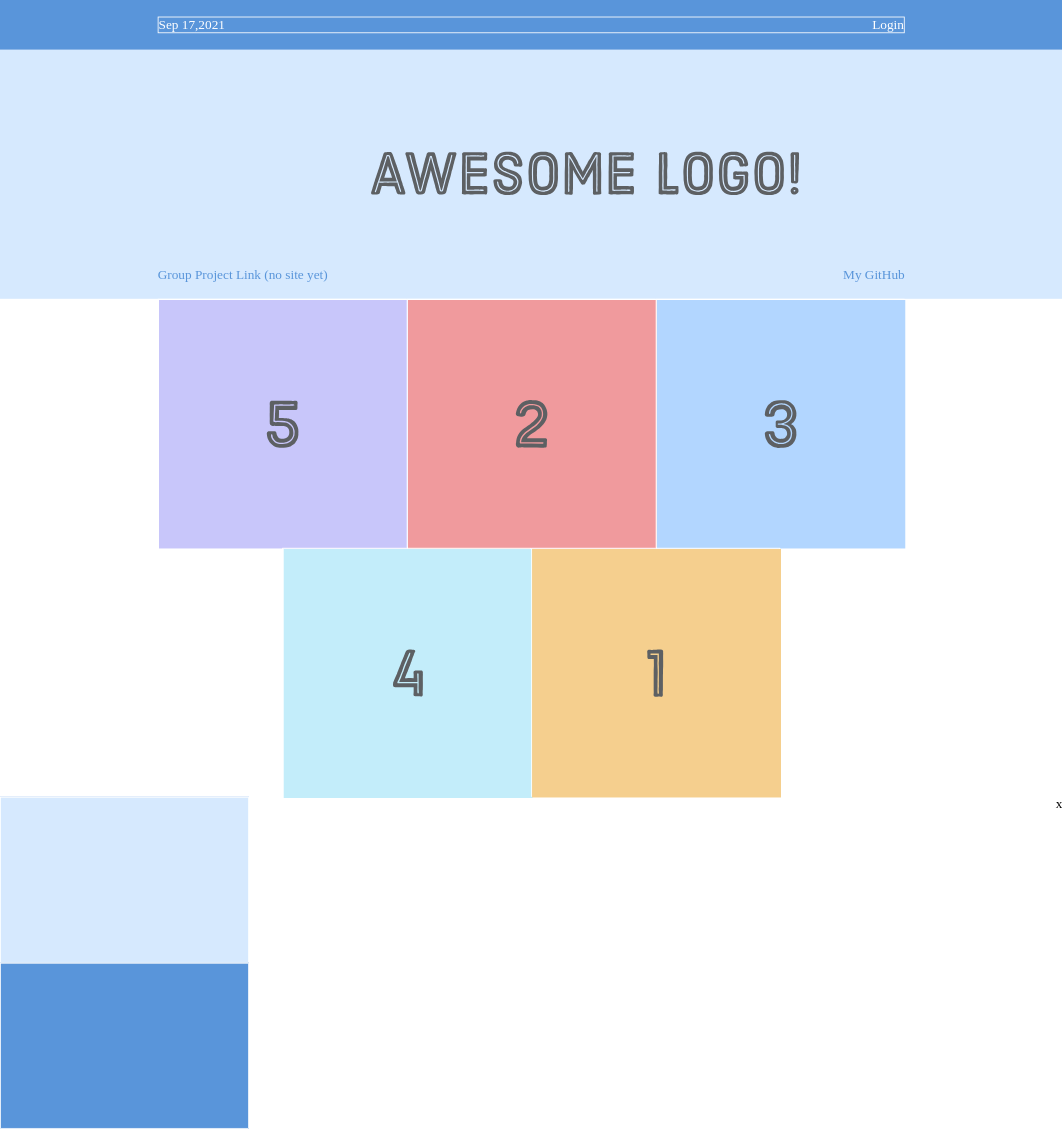
Repository: arkomz/INST377-Lab-Work
Page: client/lab_3/index.html
An editor plug-in stored every save of this project. The page is shown before and after the next save, followed by the edit.
The browser window is 1280 px wide. The pictures show the whole page, at 83% of full size.

Above is the page before, as saved 2021-09-17 13:38:22.

After the next save:
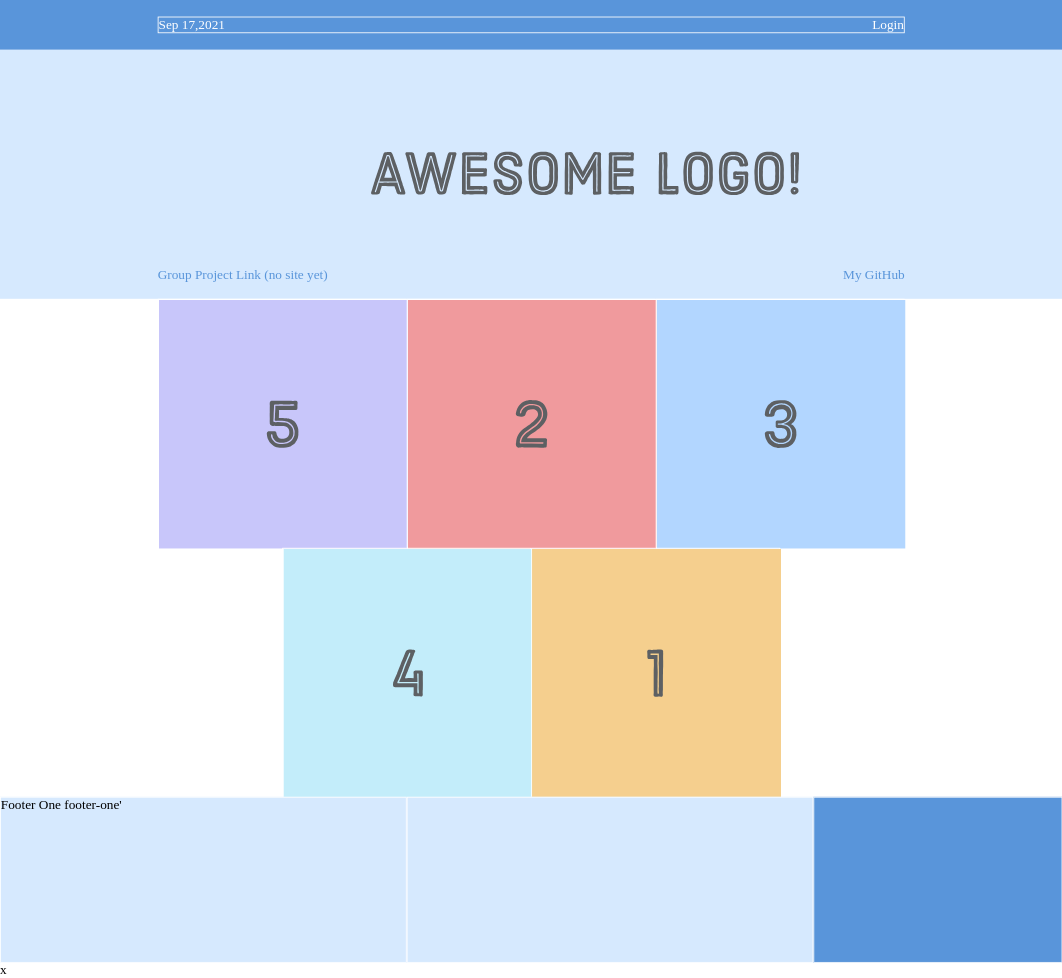
Saved 14 s later.
--- a/client/lab_3/index.html
+++ b/client/lab_3/index.html
@@ -45,7 +45,7 @@
             </div>
 
             <div class='footer'>
-            <div class='footer-item> Footer One footer-one'</div>
+            <div class='footer-item' > Footer One footer-one'</div>
             <div class='footer-item footer-two'></div>
             <div class='footer-item footer-three'></div>
           </div>
